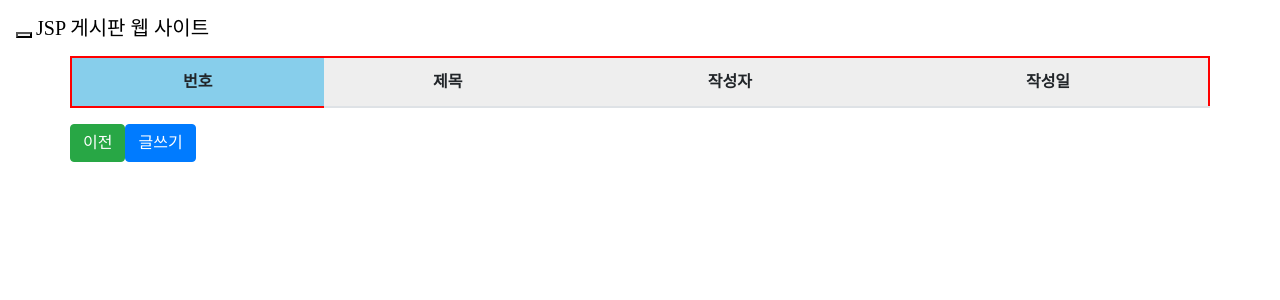
Repository: hz6450/2024-summer-jsp-notice-project
Page: http://localhost/BBS/BBS.jsp?pageNumber=0
The author's editor kept a copy of each file at every save. The page is drawn from the files as they stood at one save, then again after the next save.
The browser window is 1280 px wide. The pictures show the whole page.
Some web fonts or font styles are not loaded; a fallback is used. Some web libraries are served in a nearby version. The page is served by Tomcat 10. Other server files are loaded and not shown. Queries for data that is not in the repository find no rows.

Above is the page before, as saved 2024-07-12 07:53:36.

### projects/BBS/src/main/webapp/BBS.jsp
<%@ page language="java" contentType="text/html; charset=UTF-8"
	pageEncoding="UTF-8"%>
<%@ page import="java.io.PrintWriter"%>
<%@ page import="bbs.BbsDAO"%>
<%@ page import="bbs.Bbs"%>
<%@ page import="java.util.ArrayList"%>
<!DOCTYPE html>
<html>

<head>
<meta charset="UTF-8">
<meta name="viewport" content="width=device-width" initial-scale="1">
<link rel="stylesheet" href="css/bootstrap.css">
<link rel="stylesheet" href="css/custom.css">
<title>jsp 게시판 웹 사이트</title>
<style type="text/css">
	a, a:hover{
	color:#000000;
	text-decoration: none;
	}
</style>
</head>

<body>
	<%
	String userID = null;
	if (session.getAttribute("userID") != null) {
		userID = (String) session.getAttribute("userID");

	}
	int pageNumber = 1;
	if (request.getParameter("pageNumber") != null) {
		pageNumber = Integer.parseInt(request.getParameter("pageNumber"));
	}
	%>
	<nav class="navbar navbar-default">
		<div class="navbar-header">
			<button type="button" class="navbar-toggle" data-toggle="collapse"
				data-target="#bs-example-navbar-collapse-1" aria-expanded="false">
				<span class="icon-bar"></span> <span class="icon-bar"></span> <span
					class="icon-bar"></span>
			</button>
			<a class="navbar-brand" href="main.jsp">JSP 게시판 웹 사이트</a>
		</div>
		<div class="collapse navbar-collapse"
			id="bs-example-navbar-collapse-1">
			<ul class="nav navbar-nav">
				<li><a href="main.jsp">메인</a></li>
				<li class="active"><a href="BBS.jsp">게시판</a></li>
			</ul>
		</nav>
			<div class="container">
				<div class="row">
					<table class="table table-striped"
						style="text-align: center; border: 1px solid #dddddd;">
						<thead>
							<tr>
								<th style="border-bottom:none; text-align: center;">번호</th>
								<th style="background-color: #eeeeee; text-align: center;">제목</th>
								<th style="background-color: #eeeeee; text-align: center;">작성자</th>
								<th style="background-color: #eeeeee; text-align: center;">작성일</th>
							</tr>
						</thead>
						<tbody>
							<%
							BbsDAO bbsDAO = new BbsDAO();
							ArrayList<Bbs> list = bbsDAO.getList(pageNumber);
							for (int i = 0; i < list.size(); i++) {
							%>
							<tr>
								<td><%= list.get(i).getBbsId() %></td>
								<td><a href="view.jsp?bbsID=<%=list.get(i).getBbsId()%>">
										<%= list.get(i).getBbsTitle() %></a></td>
								<td><%= list.get(i).getUserID() %></td>
								<td><%= list.get(i).getBbsDate().substring(0, 11) + list.get(i).getBbsDate().substring(11, 13) + "시" + list.get(i).getBbsDate().substring(14, 16) + "분" %></td>
							</tr>
						</tbody>
						<%
						}
						%>

					</table>
					<%
						if(pageNumber != 1){
							%>
					<a href="BBS.jsp?pageNumber=<%=pageNumber -1 %>" class="btn btn-success btn-arrow-left">이전</a>

					<%
						}if(bbsDAO.nextPage(pageNumber + 1)){
							%>
					<a href="BBS.jsp?pageNumber=<%=pageNumber +1 %>" class="btn btn-success btn-arrow-left">다음</a>
					<%
						}
					%>
					<a href="write.jsp" class="btn btn-primary pull-right">글쓰기</a>
				</div>
			</div>

		</div>



	<script src="https://code.jquery.com/jquery-3.1.1.min.js"></script>
	<script src="js/bootstrap.js"></script>

</body>

</html>

### projects/BBS/src/main/java/bbs/BbsDAO.java
package bbs;

import java.sql.Connection;
import java.sql.DriverManager;
import java.sql.PreparedStatement;
import java.sql.ResultSet;
import java.util.ArrayList;

public class BbsDAO {

	private Connection conn;
	private ResultSet rs;

	public BbsDAO() {
		try {
			String dbURL = "jdbc:mysql://localhost:3306/BBS";
			String dbID = "root";
			String dbPassword = "6450";
			Class.forName("com.mysql.jdbc.Driver");
			conn = DriverManager.getConnection(dbURL, dbID, dbPassword);
		} catch (Exception e) {
			e.printStackTrace();
		}
	}

	public String getDate() {
		String SQL = "SELECT NOW()";
		try {
			PreparedStatement pstmt = conn.prepareStatement(SQL);
			rs = pstmt.executeQuery();
			if (rs.next()) {
				return rs.getString(1);
			}
		} catch (Exception e) {
			e.printStackTrace();
		}
		return "";
	}

	public int getNext() {
		String SQL = "SELECT bbsID FROM BBS ORDER BY bbsID DESC";
		try {
			PreparedStatement pstmt = conn.prepareStatement(SQL);
			rs = pstmt.executeQuery();
			if (rs.next()) {
				return rs.getInt(1) + 1;
			}
		} catch (Exception e) {
			e.printStackTrace();
		}
		return 1;
	}

	public int write(String bbsTitle, String userID, String bbsContent) {
		String SQL = "INSERT INTO BBS VALUE(?,?,?,?,?,?)";
		try {
			PreparedStatement pstmt = conn.prepareStatement(SQL);

			pstmt.setInt(1, getNext());
			pstmt.setString(2, bbsTitle);
			pstmt.setString(3, userID);
			pstmt.setString(4, getDate());
			pstmt.setString(5, bbsContent);
			pstmt.setInt(6, 1);

			return pstmt.executeUpdate();
		} catch (Exception e) {
			e.printStackTrace();
		}
		return -1;
	}

	public ArrayList<Bbs> getList(int pageNumber) {
		String SQL = "SELECT * From BBS WHERE bbsID < ? AND bbsAvailable = 1 ORDER BY bbsID DESC LIMIT 10";
		ArrayList<Bbs> list = new ArrayList<Bbs>();
		try {
			PreparedStatement pstmt = conn.prepareStatement(SQL);
			pstmt.setInt(1, getNext() - (pageNumber - 1) * 10);
			rs = pstmt.executeQuery();
			while (rs.next()) {
				Bbs bbs = new Bbs();
				bbs.setBbsId(rs.getInt(1));
				bbs.setBbsTitle(rs.getString(2));
				bbs.setUserID(rs.getString(3));
				bbs.setBbsDate(rs.getString(4));
				bbs.setBbsContent(rs.getString(5));
				bbs.setBbsAvailable(rs.getInt(6));
				list.add(bbs);
			}
		} catch (Exception e) {
			e.printStackTrace();
		}
		return list;
	}

	public boolean nextPage(int pageNumber) {
		String SQL = "SELECT * From BBS WHERE bbsID < ? AND bbsAvailable = 1 ORDER BY bbsID DESC LIMIT 10";
		try {
			PreparedStatement pstmt = conn.prepareStatement(SQL);
			pstmt.setInt(1, getNext() - (pageNumber - 1) * 10);
			rs = pstmt.executeQuery();
			if (rs.next()) {
				return true;
			}
		} catch (Exception e) {
			e.printStackTrace();
		}
		return false;
	}

	public Bbs getBbs(int bbsID) {
		String SQL = "SELECT * FROM BBS WHERE bbsID = ?";
		try {
			PreparedStatement pstmt = conn.prepareStatement(SQL);
			pstmt.setInt(1, bbsID);
			rs = pstmt.executeQuery();
			if (rs.next()) {
				Bbs bbs = new Bbs();
				bbs.setBbsId(rs.getInt(1));
				bbs.setBbsTitle(rs.getString(2));
				bbs.setUserID(rs.getString(3));
				bbs.setBbsDate(rs.getString(4));
				bbs.setBbsContent(rs.getString(5));
				bbs.setBbsAvailable(rs.getInt(6));
				return bbs;
			}
		} catch (Exception e) {
			e.printStackTrace();
		}
		return null;
	}

	public int update(int bbsID, String bbsTitle, String bbsContent) {
		String SQL = "UPDATE BBS SET bbsTitle = ?, bbsContent= ? WHERE bbsID = ?";
		try {
			PreparedStatement pstmt = conn.prepareStatement(SQL);

			pstmt.setString(1, bbsTitle);
			pstmt.setString(2, bbsContent);
			pstmt.setInt(3, bbsID);

			return pstmt.executeUpdate();
		} catch (Exception e) {
			e.printStackTrace();
		}
		return -1;
	}

	public int delete(int bbsID) {
		String SQL = "UPDATE BBS SET bbsAvailable=0 WHERE bbsID = ?";
		try {
			PreparedStatement pstmt = conn.prepareStatement(SQL);
			pstmt.setInt(1, bbsID);

			return pstmt.executeUpdate();
		} catch (Exception e) {
			e.printStackTrace();
		}
		return -1;
	}
}

### projects/BBS/src/main/webapp/css/custom.css
@import url(http://fonts.googleapis.com/earlyaccess/nanumgothic.css);
@import url(http://fonts.googleapis.com/earlyaccess/hanna.css);
* {
	font-family : "Nanum Gothic";
}
h1 {
	font-family : "Hanna";
}
thead{
	background-color: skyblue;
	border: red 2px solid;
}

Loaded but not shown: projects/BBS/src/main/webapp/css/bootstrap.css (library); projects/BBS/src/main/webapp/js/bootstrap.js (library)

After the next save:
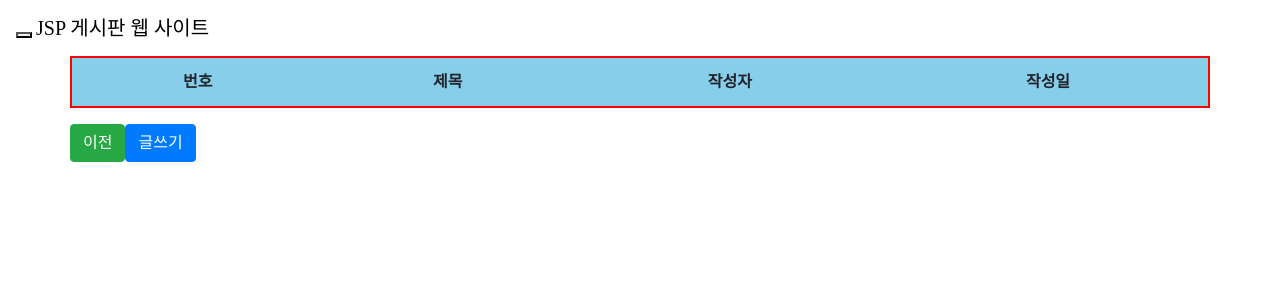
Saved 13 s later.
--- a/projects/BBS/src/main/webapp/BBS.jsp
+++ b/projects/BBS/src/main/webapp/BBS.jsp
@@ -56,9 +56,9 @@
 						<thead>
 							<tr>
 								<th style="border-bottom:none; text-align: center;">번호</th>
-								<th style="background-color: #eeeeee; text-align: center;">제목</th>
-								<th style="background-color: #eeeeee; text-align: center;">작성자</th>
-								<th style="background-color: #eeeeee; text-align: center;">작성일</th>
+								<th style="border-bottom:none; text-align: center;">제목</th>
+								<th style="border-bottom:none; text-align: center;">작성자</th>
+								<th style="border-bottom:none; text-align: center;">작성일</th>
 							</tr>
 						</thead>
 						<tbody>
